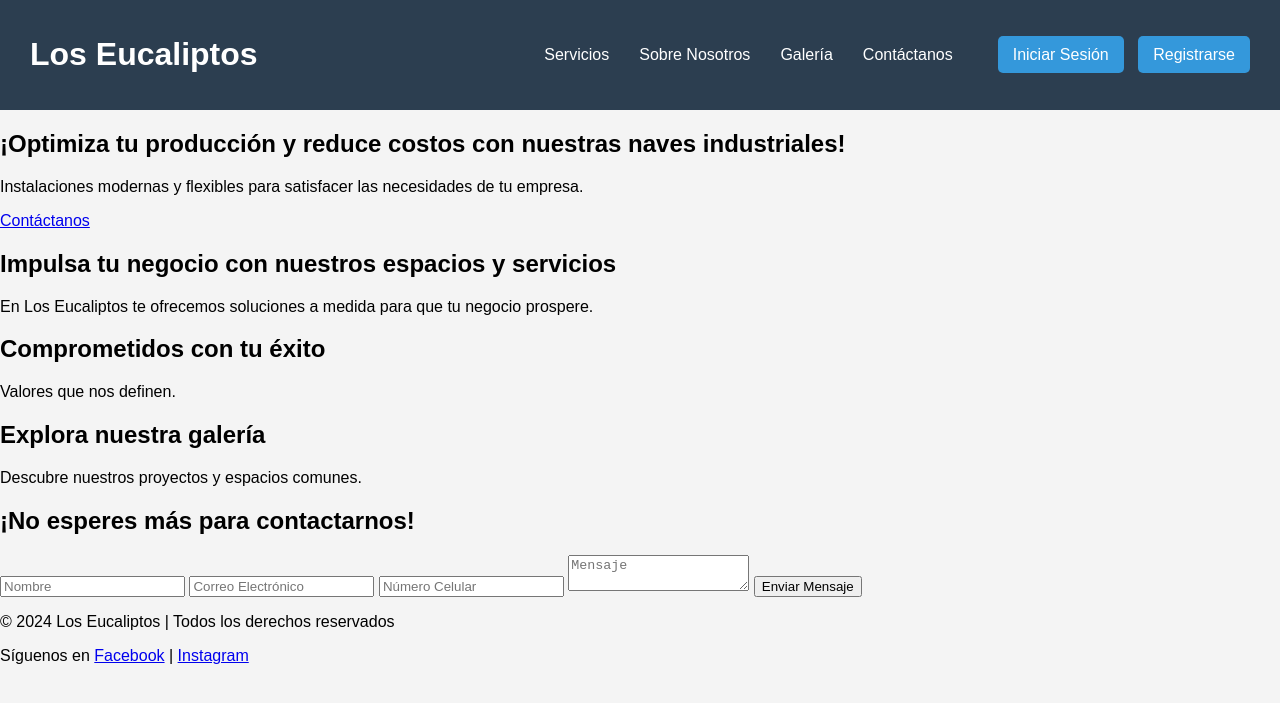
Repository: Los-Eucaliptos-WebApp/Los-Eucaliptos-FrontEnd
Page: pages/los-eucaliptos-home-page/index.html
An editor plug-in stored every save of this project. The page is shown before and after the next save, followed by the edit.
The browser window is 1280 px wide. The pictures show the whole page.

Above is the page before, as saved 2025-02-16 21:40:14.

### pages/los-eucaliptos-home-page/index.html
<!DOCTYPE html>
<html lang="es">
<head>
    <meta charset="UTF-8">
    <meta name="viewport" content="width=device-width, initial-scale=1.0">
    <title>Los Eucaliptos - Naves Industriales</title>
    <link rel="stylesheet" href="styles.css">
</head>
<body>

    <header>
        <div class="sidebar">
            <h1 class="vertical-text">Los Eucaliptos</h1>
        </div>
        <nav>
            <ul>
                <li><a href="#servicios">Servicios</a></li>
                <li><a href="#nosotros">Sobre Nosotros</a></li>
                <li><a href="#galeria">Galería</a></li>
                <li><a href="#contacto">Contáctanos</a></li>
            </ul>
            <div class="auth-buttons">
                <a href="login.html" class="btn">Iniciar Sesión</a>
                <a href="register.html" class="btn btn-secondary">Registrarse</a>
            </div>
        </nav>
    </header>

    <section id="hero">
        <h2>¡Optimiza tu producción y reduce costos con nuestras naves industriales!</h2>
        <p>Instalaciones modernas y flexibles para satisfacer las necesidades de tu empresa.</p>
        <a href="#contacto" class="btn">Contáctanos</a>
    </section>

    <section id="servicios">
        <h2>Impulsa tu negocio con nuestros espacios y servicios</h2>
        <p>En Los Eucaliptos te ofrecemos soluciones a medida para que tu negocio prospere.</p>
    </section>

    <section id="nosotros">
        <h2>Comprometidos con tu éxito</h2>
        <p>Valores que nos definen.</p>
    </section>

    <section id="galeria">
        <h2>Explora nuestra galería</h2>
        <p>Descubre nuestros proyectos y espacios comunes.</p>
    </section>

    <section id="contacto">
        <h2>¡No esperes más para contactarnos!</h2>
        <form>
            <input type="text" placeholder="Nombre" required>
            <input type="email" placeholder="Correo Electrónico" required>
            <input type="tel" placeholder="Número Celular" required>
            <textarea placeholder="Mensaje" required></textarea>
            <button type="submit" class="btn">Enviar Mensaje</button>
        </form>
    </section>

    <footer>
        <p>© 2024 Los Eucaliptos | Todos los derechos reservados</p>
        <p>Síguenos en <a href="#">Facebook</a> | <a href="#">Instagram</a></p>
    </footer>

</body>
</html>

### pages/los-eucaliptos-home-page/styles.css
body {
    font-family: Arial, sans-serif;
    margin: 0;
    padding: 0;
    background-color: #f4f4f4;
}

/* ENCABEZADO */
header {
    display: flex;
    justify-content: space-between;
    align-items: center;
    background: #2C3E50;
    color: white;
    padding: 15px 30px;
}

/* LOGO A LA IZQUIERDA */
.logo {
    font-size: 24px;
    font-weight: bold;
    margin: 0;
}

/* NAVEGACIÓN */
nav {
    display: flex;
    align-items: center;
}

nav ul {
    list-style: none;
    display: flex;
    margin: 0;
    padding: 0;
}

nav ul li {
    margin: 0 15px;
}

nav ul li a {
    color: white;
    text-decoration: none;
    font-size: 16px;
}

/* BOTONES DE INICIO Y REGISTRO */
.auth-buttons {
    margin-left: 20px;
}

.auth-buttons .btn {
    background-color: #3498db;
    color: white;
    padding: 10px 15px;
    border-radius: 5px;
    text-decoration: none;
    margin-left: 10px;
}

.btn-secondary {
    background-color: #28a745;
}

After the next save:
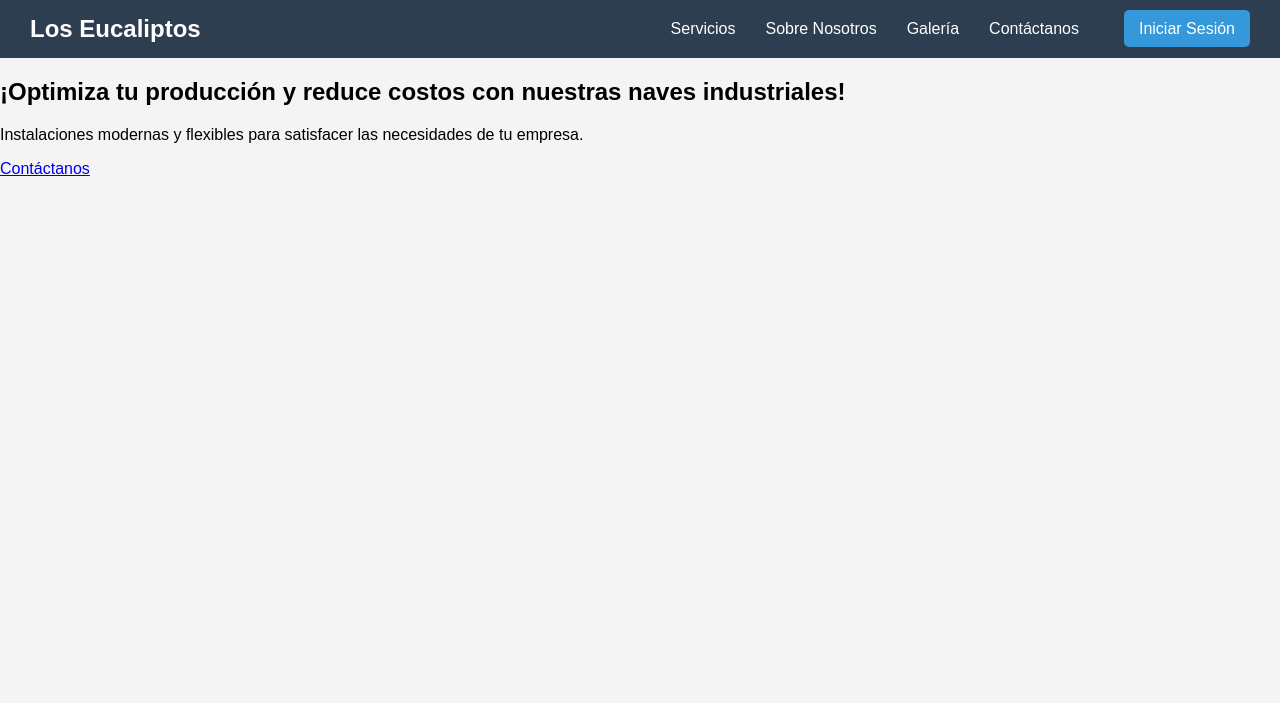
Saved 22 s later.
--- a/pages/los-eucaliptos-home-page/index.html
+++ b/pages/los-eucaliptos-home-page/index.html
@@ -9,9 +9,7 @@
 <body>
 
     <header>
-        <div class="sidebar">
-            <h1 class="vertical-text">Los Eucaliptos</h1>
-        </div>
+        <h1 class="logo">Los Eucaliptos</h1>
         <nav>
             <ul>
                 <li><a href="#servicios">Servicios</a></li>
@@ -21,7 +19,7 @@
             </ul>
             <div class="auth-buttons">
                 <a href="login.html" class="btn">Iniciar Sesión</a>
-                <a href="register.html" class="btn btn-secondary">Registrarse</a>
+
             </div>
         </nav>
     </header>
@@ -32,36 +30,5 @@
         <a href="#contacto" class="btn">Contáctanos</a>
     </section>
 
-    <section id="servicios">
-        <h2>Impulsa tu negocio con nuestros espacios y servicios</h2>
-        <p>En Los Eucaliptos te ofrecemos soluciones a medida para que tu negocio prospere.</p>
-    </section>
-
-    <section id="nosotros">
-        <h2>Comprometidos con tu éxito</h2>
-        <p>Valores que nos definen.</p>
-    </section>
-
-    <section id="galeria">
-        <h2>Explora nuestra galería</h2>
-        <p>Descubre nuestros proyectos y espacios comunes.</p>
-    </section>
-
-    <section id="contacto">
-        <h2>¡No esperes más para contactarnos!</h2>
-        <form>
-            <input type="text" placeholder="Nombre" required>
-            <input type="email" placeholder="Correo Electrónico" required>
-            <input type="tel" placeholder="Número Celular" required>
-            <textarea placeholder="Mensaje" required></textarea>
-            <button type="submit" class="btn">Enviar Mensaje</button>
-        </form>
-    </section>
-
-    <footer>
-        <p>© 2024 Los Eucaliptos | Todos los derechos reservados</p>
-        <p>Síguenos en <a href="#">Facebook</a> | <a href="#">Instagram</a></p>
-    </footer>
-
 </body>
 </html>
